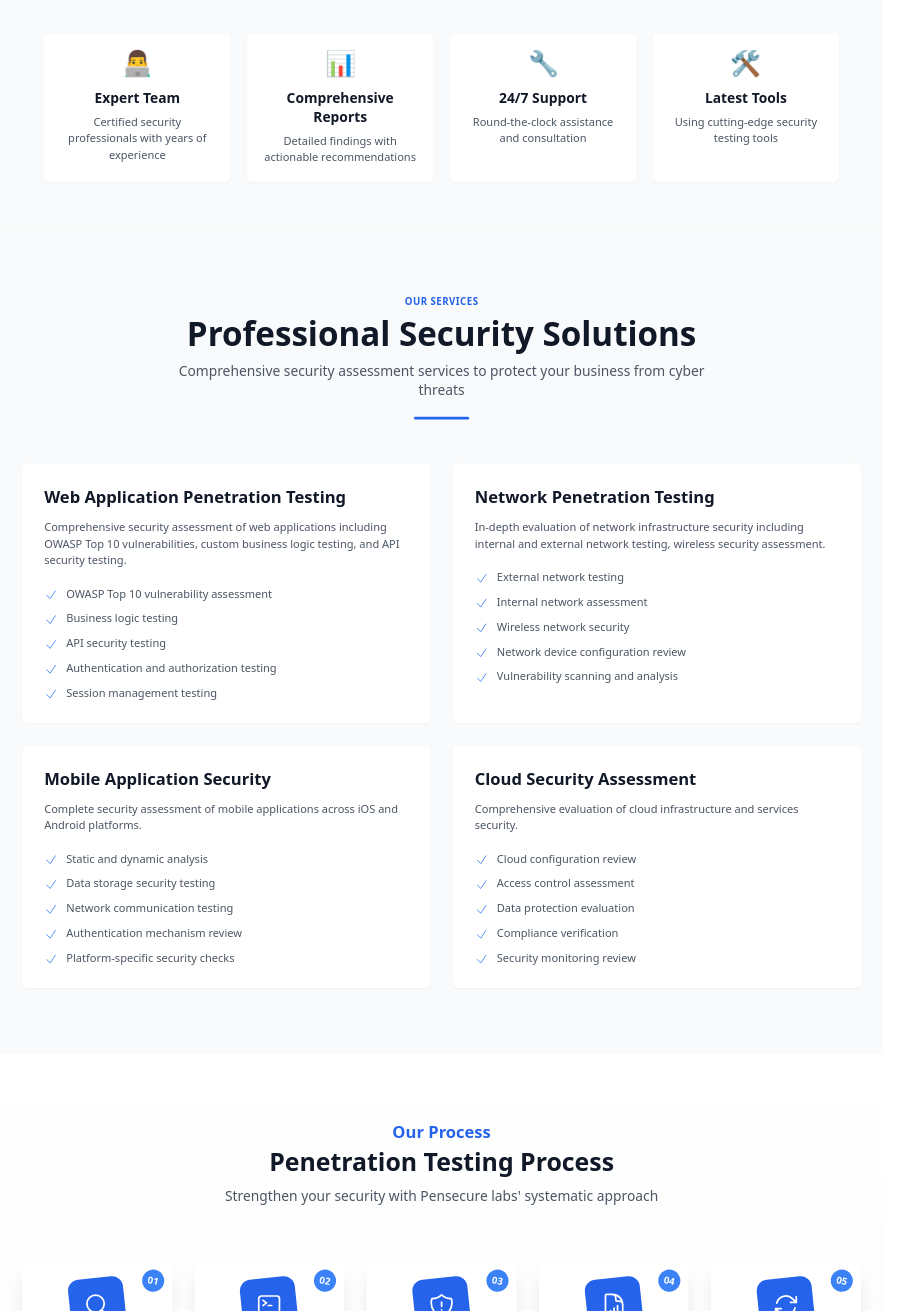
Repository: ZSayless/Penetration-test
Page: /
These files come from the project's save history. The page is drawn as it stood at one moment and after the next save; the edit follows.
The browser window is 1280 px wide. The page is 1308 px wide, so the pictures cover 1308 px, including what lies to the right of the window. The pictures show the part of the page from y = 758 to 2658 px (the page is 7517 px tall before and 7649 px after), at 69% of full size.
The project was rebuilt for these pictures with package versions that can differ from the ones it lists, and the page was loaded fresh each time. The framework's server and built-in components were replaced by stand-ins that run in the browser. Also part of the build but not shown: next.config.js.

Above is the page before, as saved 2024-12-06 10:38:07.

After the next save:
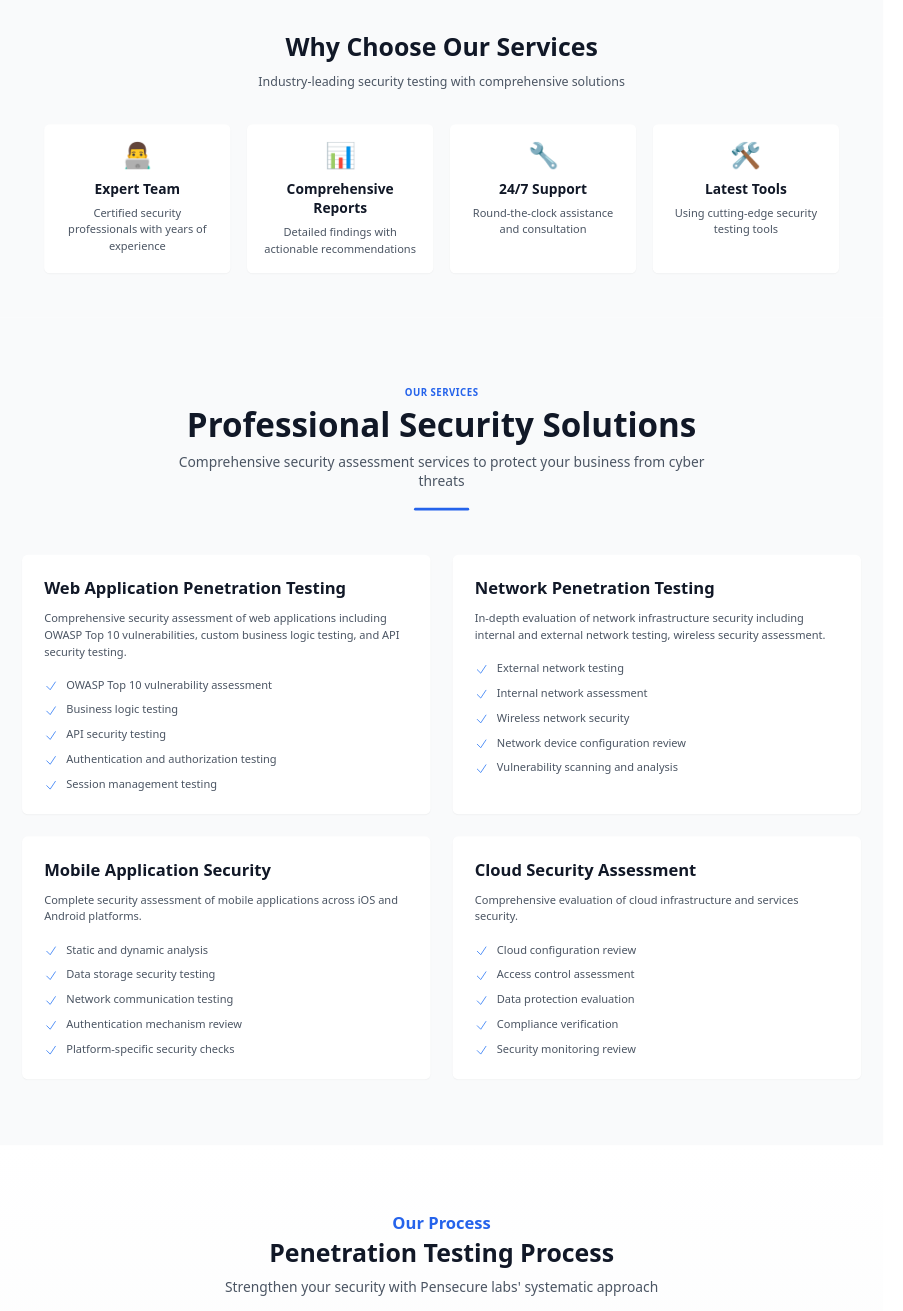
Saved 2 min 57 s later.
--- a/src/components/sections/Features.tsx
+++ b/src/components/sections/Features.tsx
@@ -25,6 +25,17 @@ export default function Features() {
   return (
     <section className="py-16 bg-gray-50">
       <div className="container mx-auto px-4">
+        {/* Section Header */}
+        <div className="text-center mb-12">
+          <h2 className="text-3xl font-bold text-gray-900 sm:text-4xl mb-4">
+            Why Choose Our Services
+          </h2>
+          <p className="text-lg text-gray-600 max-w-2xl mx-auto">
+            Industry-leading security testing with comprehensive solutions
+          </p>
+        </div>
+
+        {/* Features Grid */}
         <div className="grid grid-cols-1 sm:grid-cols-2 lg:grid-cols-4 gap-6 max-w-sm sm:max-w-3xl lg:max-w-6xl mx-auto">
           {features.map((feature, index) => (
             <div
